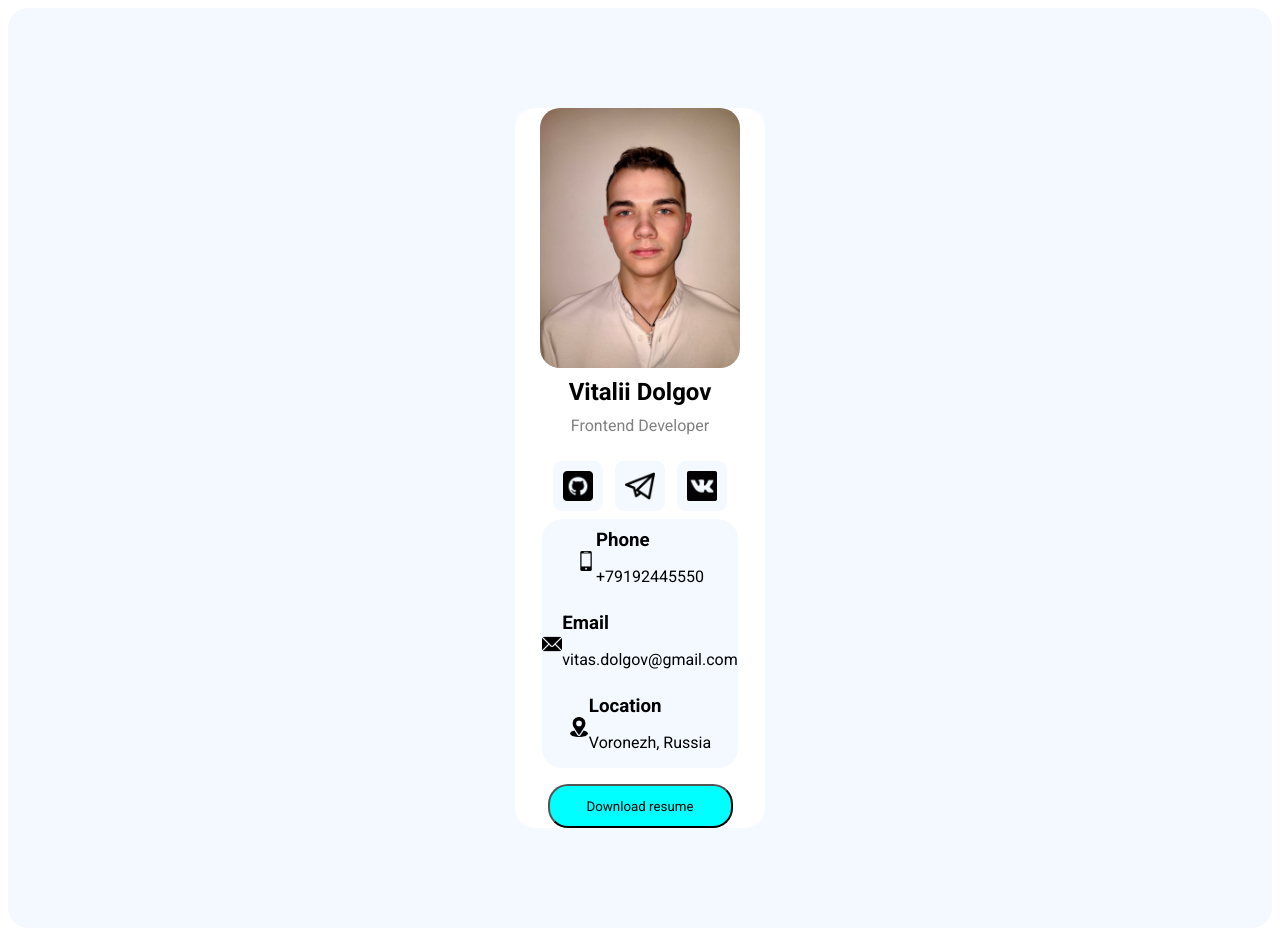
Repository: VitasYo/User_card
Page: src/index.html
An editor plug-in stored every save of this project. The page is shown before and after a run of saves, followed by the edit.
The browser window is 1280 px wide. The pictures show the whole page.

Above is the page before, as saved 2024-04-09 23:16:32.

### src/index.html
<!DOCTYPE html>
<html lang="ru">
  <head>
    <meta charset="UTF-8" />
    <meta name="viewport" content="width=device-width, initial-scale=1.0" />
    <title>First html</title>
    <link rel="stylesheet" href="../assets/css/index.css" />
    <script src="script.js"></script>
  </head>
  <body>
    <section class="container">
      <div class="container_card">
        <img class="avatar" src="../assets/img/Фото.jpg" alt="" />
        <div class="user-info">
          <h1>Vitalii Dolgov</h1>
          <div class="position">Frontend Developer</div>
        </div>
        <div>
          <a href="#"
            ><img class="icon" src="../assets/img/github.png" alt="github"
          /></a>
          <a href="#"
            ><img class="icon" src="../assets/img/telegram.png" alt="telegram"
          /></a>
          <a href="#"
            ><img class="icon" src="../assets/img/vk.png" alt="vk"
          /></a>
        </div>
        <div class="items_card">
          <div class="items_string">
            <img class="card_icon" src="../assets/img/phone.png" />
            <div class="card_info">
              <div><h3>Phone</h3></div>
              <div><p>+79192445550</p></div>
            </div>
          </div>
          <div class="items_string">
            <img class="card_icon" src="../assets/img/email.png" />
            <div class="card_info">
              <div><h3>Email</h3></div>
              <div><p>vitas.dolgov@gmail.com</p></div>
            </div>
          </div>
          <div class="items_string">
            <img class="card_icon" src="../assets/img/location.png" />
            <div class="card_info">
              <div><h3>Location</h3></div>
              <div><p>Voronezh, Russia</p></div>
            </div>
          </div>
        </div>
        <button class="button">Download resume</button>
      </div>
    </section>
  </body>
</html>

### assets/css/index.css
@import url("https://fonts.googleapis.com/css2?family=Roboto:ital,wght@0,100;0,300;0,400;0,500;0,700;0,900;1,100;1,300;1,400;1,500;1,700;1,900&display=swap");
* {
  font-family: "Roboto", sans-serif;
}

.container h1 {
  margin-top: 10px;
  margin-bottom: 0;
}

.container h3 {
  margin-top: 10px;
  margin-bottom: 0;
}

.container {
  display: flex;
  flex-direction: column;
  align-items: center;
  background-color: rgb(243, 249, 255);
  border-radius: 20px;
  height: 920px;
  justify-content: center;
}

.container_card {
  display: flex;
  flex-direction: column;
  align-items: center;
  background-color: white;
  border-radius: 20px;
  width: 250px;
}

.position {
  color: gray;
}

.avatar {
  width: 200px;
  height: 260px;
  border-radius: 20px;
}

.user-info {
  margin-bottom: 22px;
  display: flex;
  flex-direction: column;
  align-items: center;
  gap: 10px;
}

.icon {
  width: 30px;
  height: 30px;
  padding: 10px;
  background-color: rgb(243, 249, 255);
  border-radius: 8.27px;
  margin: 4px;
}

.card_icon {
  width: 20px;
  height: 20px;
}

.items_card {
  background-color: rgb(243, 249, 255);
  border-radius: 20px;
}

.items_string {
  justify-content: center;
  align-items: center;
  display: flex;
  border-bottom: 1px;
  border-width: 1px;
}

.card_info {
  font-size: 16px;
}

.button {
  margin-top: 16px;
  background-color: aqua;
  border-radius: 20px;
  width: 185px;
  height: 44px;
}

Loaded but not shown: src/script.js (no stored copy; drawn as an empty file)

After the next 2 saves:
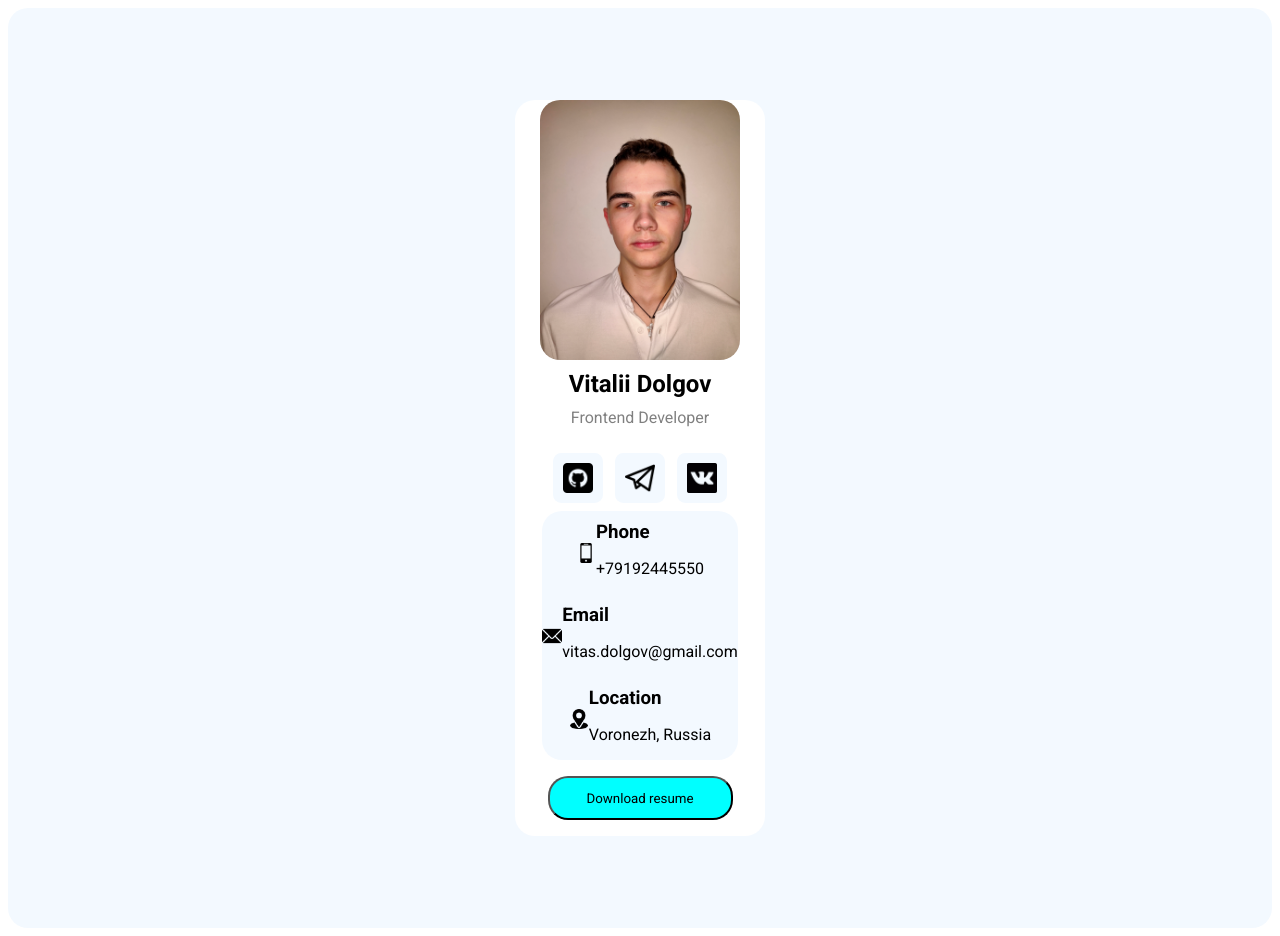
The 2 saves are shown as one change because they came seconds apart.
The last was saved 36 s later.
--- a/assets/css/index.css
+++ b/assets/css/index.css
@@ -82,7 +82,7 @@
 }
 
 .button {
-  margin-top: 16px;
+  margin: 16px 0;
   background-color: aqua;
   border-radius: 20px;
   width: 185px;
